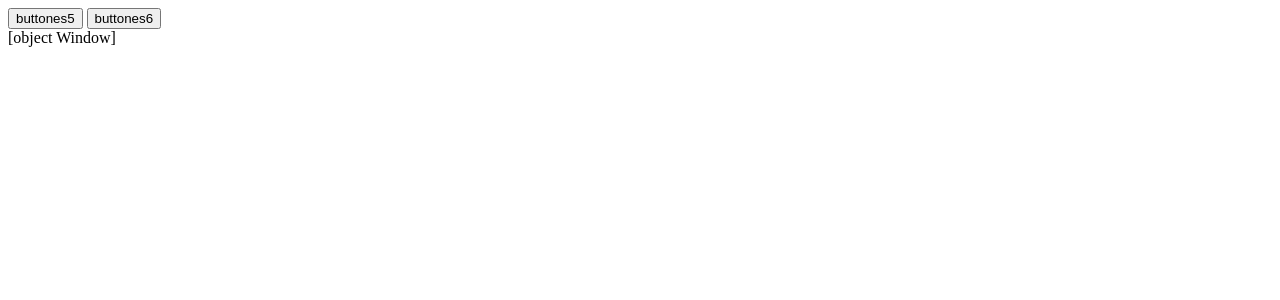
Repository: motiejus1/08-paskaita-JS
Page: index.html
These files come from the project's save history. The page is drawn as it stood at one moment and after a run of saves; the edit follows.
The browser window is 1280 px wide. The pictures show the whole page.

Above is the page before, as saved 2021-06-17 11:59:10.
Console error: TypeError: Failed to execute 'addEventListener' on 'EventTarget': parameter 2 is not of type 'Object'.

### index.html
<!DOCTYPE html>
<html lang="en">
<head>
    <meta charset="UTF-8">
    <meta http-equiv="X-UA-Compatible" content="IE=edge">
    <meta name="viewport" content="width=device-width, initial-scale=1.0">
    <title>8 paskaita</title>
</head>
<body>

<div class="container">
    <button id="buttones5">buttones5</button>
    <button id="buttones6">buttones6</button>


    <div id="reses5"></div>
    <div id="reses6"></div>
</div>
<!-- 2sec -->

<!-- 10sec -->
    <script src="script.js">
    </script>
</body>
</html>

### script.js

"use strict";


let skaicius = 0;

skaicius = 6;

//apsirasome kintamaji
//mes jam priskiriam reiksme
//me galim pakeisti kintamojo reiksme
//ir mes kintamaji isvedam

let dalybosRezultatas =  function(sk1=0,sk2=0) {
    let rezultatas;
    rezultatas = sk1/sk2;

    return rezultatas;
}

dalybosRezultatas = function(sk1=0,sk2=0) {
    let rezultatas;
    rezultatas = sk1/sk2;

    let masyvas = [];
    masyvas[0]= sk1;
    masyvas[1]= sk2;
    masyvas[2] = rezultatas;
    return masyvas;
}


console.log("Script veikia");

console.log(dalybosRezultatas(5,10));


//ES5
let daugybaes5 = function(sk1, sk2) {

    //this
    let rezultatas;
    rezultatas = sk1*sk2;
    document.getElementById('reses5').innerHTML += this;
    return rezultatas;
}

//Es6 funckija
let daugybaes6 = (sk1, sk2) => {
    let rezultatas;
    rezultatas = sk1*sk2;
    document.getElementById('reses6').innerHTML += this;
    // console.log(this);
    return rezultatas;
}


// console.log(daugybaes5(2,4));
// console.log(daugybaes6(2,4));

//ES5
// window.addEventListener("load", daugybaes5(2,4));
// document.getElementById("buttones5").addEventListener("click", daugybaes5(2,4) );


//ES6

window.addEventListener("load", daugybaes6(2,4));
document.getElementById("buttones6").addEventListener("click", daugybaes6(2,4));

After the next 2 saves:
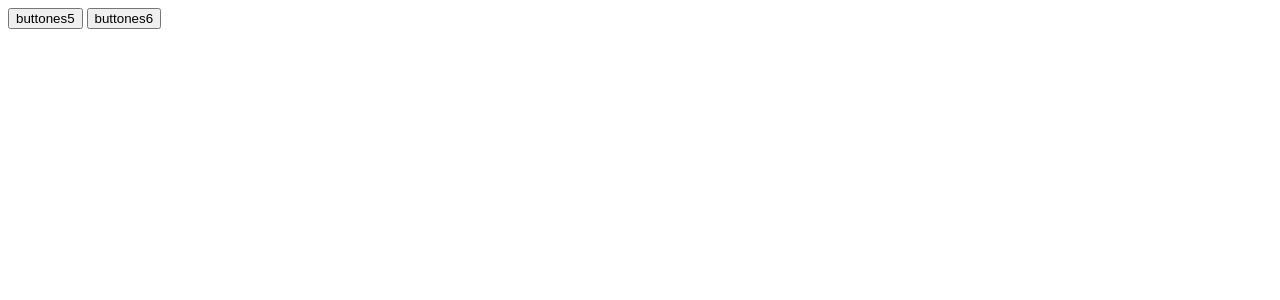
The error is gone.
The 2 saves are shown as one change because they came seconds apart.
The last was saved 37 s later.
--- a/script.js
+++ b/script.js
@@ -65,5 +65,5 @@ let daugybaes6 = (sk1, sk2) => {
 
 //ES6
 
-window.addEventListener("load", daugybaes6(2,4));
-document.getElementById("buttones6").addEventListener("click", daugybaes6(2,4));
+// window.addEventListener("load", daugybaes6(2,4));
+// document.getElementById("buttones6").addEventListener("click", daugybaes6(2,4));
